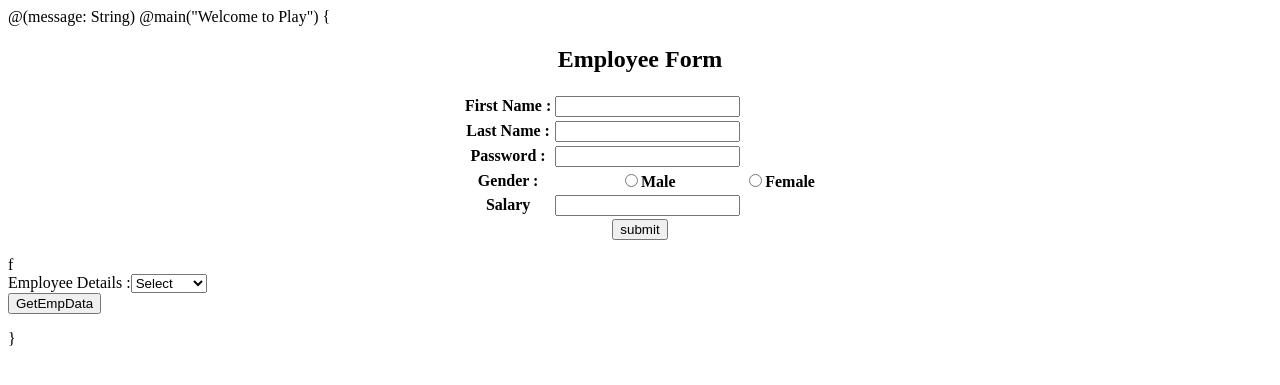
Repository: PoonamDeokar/SalesTool
Page: CrudDemo/app/views/index.scala.html
An editor plug-in stored every save of this project. The page is shown before and after the next save, followed by the edit.
The browser window is 1280 px wide. The pictures show the whole page.

Above is the page before, as saved 2016-09-15 11:25:00.

After the next save:
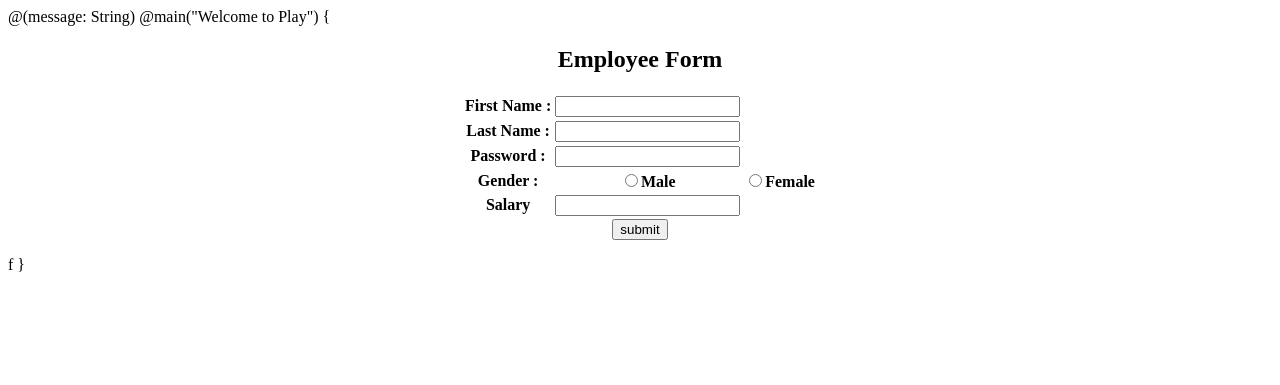
Saved 16 h 21 min later.
--- a/CrudDemo/app/views/index.scala.html
+++ b/CrudDemo/app/views/index.scala.html
@@ -36,16 +36,7 @@
     	</center>
     </form>f
 
-    <form action="@routes.HomeController.getEmp" method="get">
-    Employee Details :<select name="eid">
-    <option value="0">Select</option>
-    @for(emp<-Employee.find.all()){
 
- 	 	<option value="@emp.id">@emp.id</option>
-    }
-    </select><br>
-    <input type="submit" value="GetEmpData"/>
-    </form>
 
 
 }
